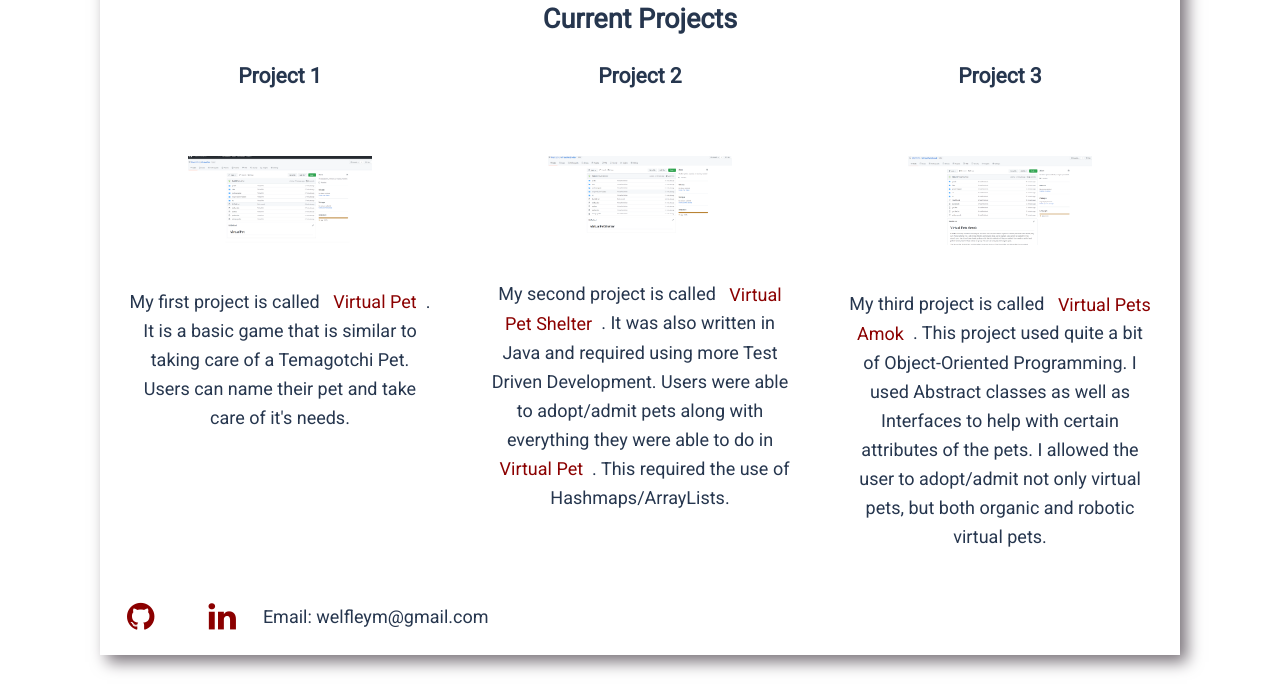
Repository: Matt1218/Matt1218.github.io
Page: index.html
The author's editor kept a copy of each file at every save. The page is drawn from the files as they stood at one save, then again after a run of saves.
The browser window is 1280 px wide. The pictures show the part of the page from y = 565 to 1256 px (the page is 1256 px tall before and 1240 px after).
A picture or video elsewhere on the page could not be fetched, so the positions and the page height are approximate.

Above is the page before, as saved 2022-03-21 14:06:14.

After the next 4 saves:
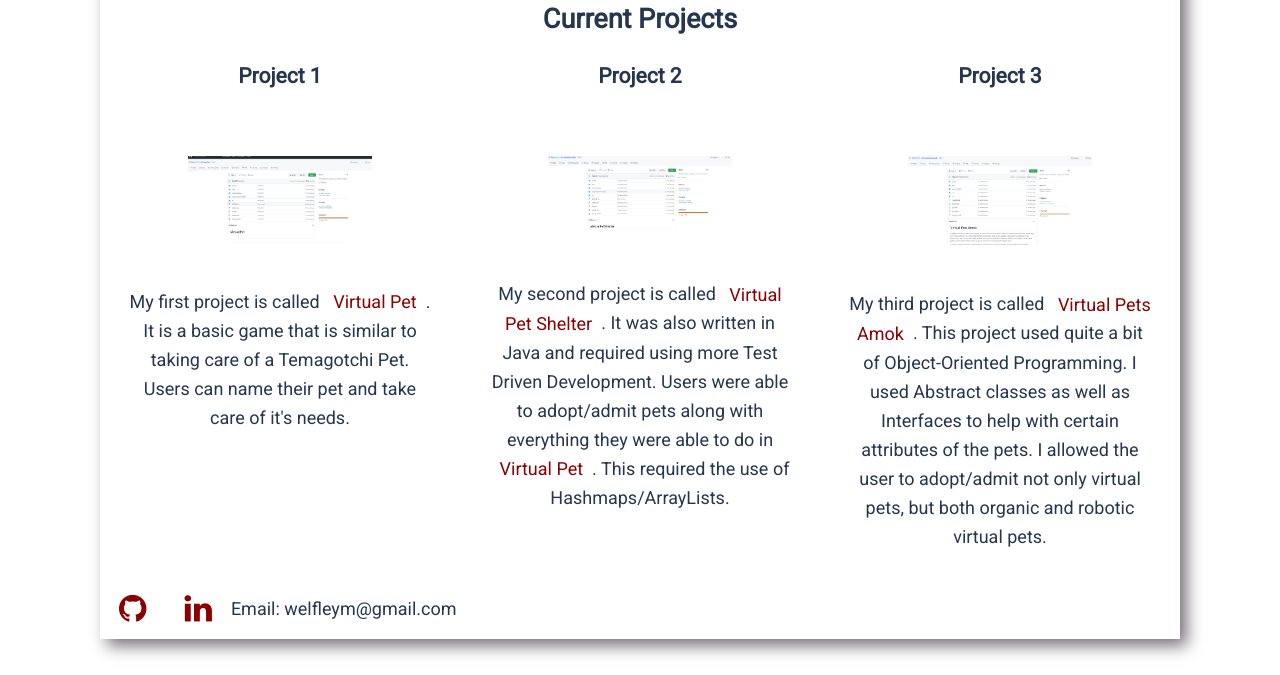
The 4 saves are shown as one change because they came seconds apart.
The last was saved 28 s later.
--- a/style.css
+++ b/style.css
@@ -111,5 +111,5 @@ a {
 
 #footer a {
     font-size: xx-large;
-    margin: 1rem;
+    margin: 10px;
 }
